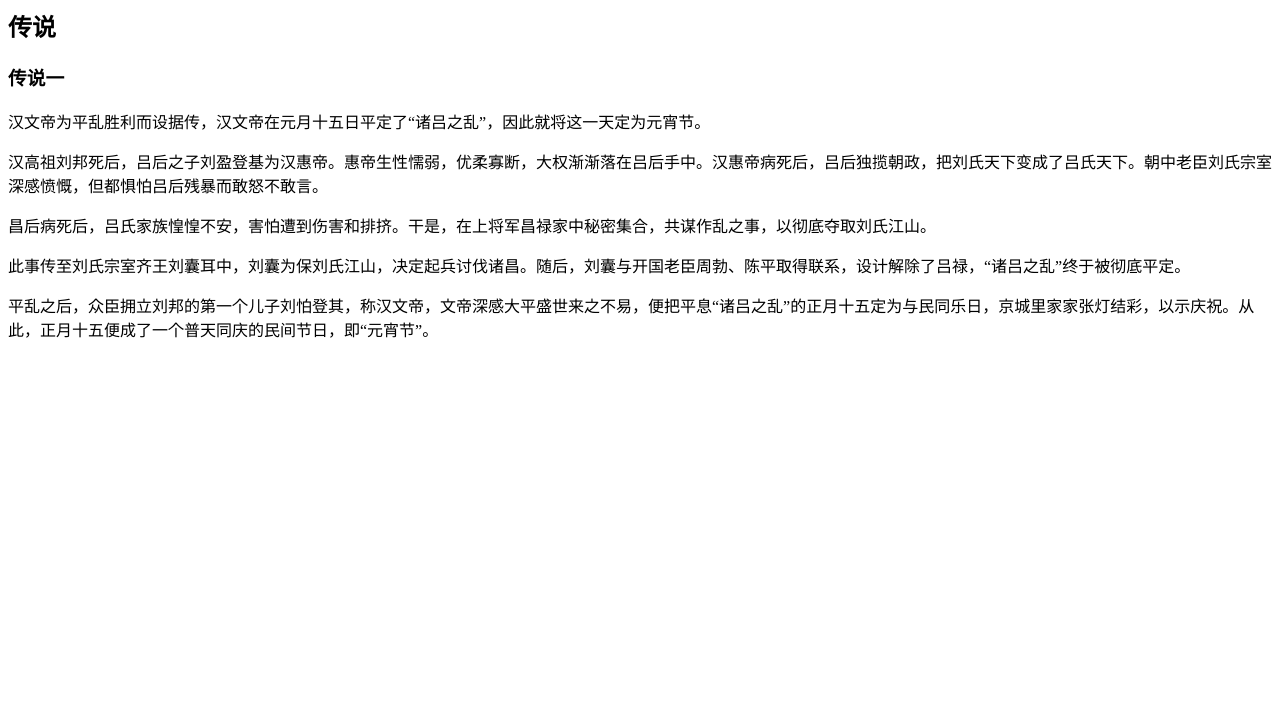
Repository: XueJie1/computer-operation-basics
Page: pages/lanternfes/legend.html
These files come from the project's save history. The page is drawn as it stood at one moment and after the next save; the edit follows.
The browser window is 1280 px wide. The pictures show the whole page.

Above is the page before, as saved 2023-09-14 16:43:24.

### pages/lanternfes/legend.html
<h2>传说</h2>
<h3>传说一</h3>
<p>汉文帝为平乱胜利而设据传，汉文帝在元月十五日平定了“诸吕之乱”，因此就将这一天定为元宵节。</p>

<p>汉高祖刘邦死后，吕后之子刘盈登基为汉惠帝。惠帝生性懦弱，优柔寡断，大权渐渐落在吕后手中。汉惠帝病死后，吕后独揽朝政，把刘氏天下变成了吕氏天下。朝中老臣刘氏宗室深感愤慨，但都惧怕吕后残暴而敢怒不敢言。</p>

<p>昌后病死后，吕氏家族惶惶不安，害怕遭到伤害和排挤。干是，在上将军昌禄家中秘密集合，共谋作乱之事，以彻底夺取刘氏江山。</p>

<p>此事传至刘氏宗室齐王刘囊耳中，刘囊为保刘氏江山，决定起兵讨伐诸昌。随后，刘囊与开国老臣周勃、陈平取得联系，设计解除了吕禄，“诸吕之乱”终于被彻底平定。</p>

<p>平乱之后，众臣拥立刘邦的第一个儿子刘怕登其，称汉文帝，文帝深感大平盛世来之不易，便把平息“诸吕之乱”的正月十五定为与民同乐日，京城里家家张灯结彩，以示庆祝。从此，正月十五便成了一个普天同庆的民间节日，即“元宵节”。</p>

After the next save:
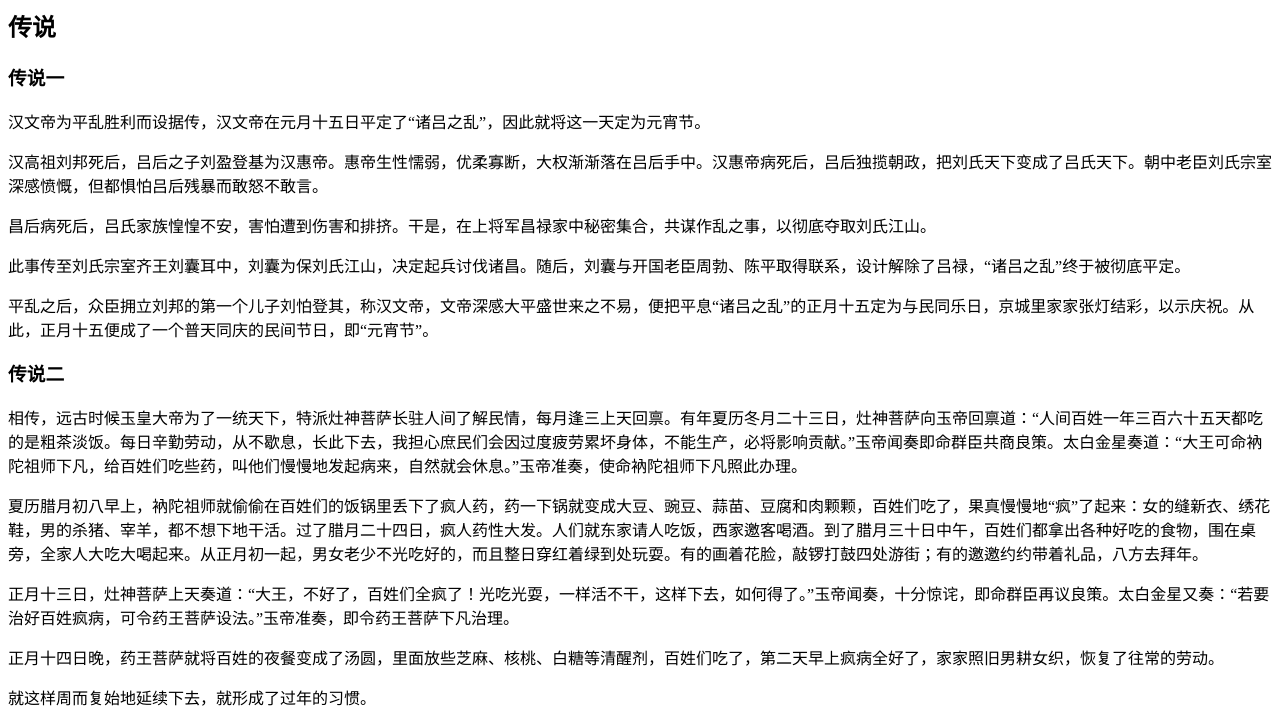
Saved 79 s later.
--- a/pages/lanternfes/legend.html
+++ b/pages/lanternfes/legend.html
@@ -9,3 +9,13 @@
 <p>此事传至刘氏宗室齐王刘囊耳中，刘囊为保刘氏江山，决定起兵讨伐诸昌。随后，刘囊与开国老臣周勃、陈平取得联系，设计解除了吕禄，“诸吕之乱”终于被彻底平定。</p>
 
 <p>平乱之后，众臣拥立刘邦的第一个儿子刘怕登其，称汉文帝，文帝深感大平盛世来之不易，便把平息“诸吕之乱”的正月十五定为与民同乐日，京城里家家张灯结彩，以示庆祝。从此，正月十五便成了一个普天同庆的民间节日，即“元宵节”。</p>
+<h3>传说二</h3>
+<p>相传，远古时候玉皇大帝为了一统天下，特派灶神菩萨长驻人间了解民情，每月逢三上天回禀。有年夏历冬月二十三日，灶神菩萨向玉帝回禀道：“人间百姓一年三百六十五天都吃的是粗茶淡饭。每日辛勤劳动，从不歇息，长此下去，我担心庶民们会因过度疲劳累坏身体，不能生产，必将影响贡献。”玉帝闻奏即命群臣共商良策。太白金星奏道：“大王可命衲陀祖师下凡，给百姓们吃些药，叫他们慢慢地发起病来，自然就会休息。”玉帝准奏，使命衲陀祖师下凡照此办理。</p>
+
+<p> 夏历腊月初八早上，衲陀祖师就偷偷在百姓们的饭锅里丢下了疯人药，药一下锅就变成大豆、豌豆、蒜苗、豆腐和肉颗颗，百姓们吃了，果真慢慢地“疯”了起来：女的缝新衣、绣花鞋，男的杀猪、宰羊，都不想下地干活。过了腊月二十四日，疯人药性大发。人们就东家请人吃饭，西家邀客喝酒。到了腊月三十日中午，百姓们都拿出各种好吃的食物，围在桌旁，全家人大吃大喝起来。从正月初一起，男女老少不光吃好的，而且整日穿红着绿到处玩耍。有的画着花脸，敲锣打鼓四处游街；有的邀邀约约带着礼品，八方去拜年。</p>
+
+<p> 正月十三日，灶神菩萨上天奏道：“大王，不好了，百姓们全疯了！光吃光耍，一样活不干，这样下去，如何得了。”玉帝闻奏，十分惊诧，即命群臣再议良策。太白金星又奏：“若要治好百姓疯病，可令药王菩萨设法。”玉帝准奏，即令药王菩萨下凡治理。</p>
+
+<p> 正月十四日晚，药王菩萨就将百姓的夜餐变成了汤圆，里面放些芝麻、核桃、白糖等清醒剂，百姓们吃了，第二天早上疯病全好了，家家照旧男耕女织，恢复了往常的劳动。</p>
+
+<p> 就这样周而复始地延续下去，就形成了过年的习惯。</p>
